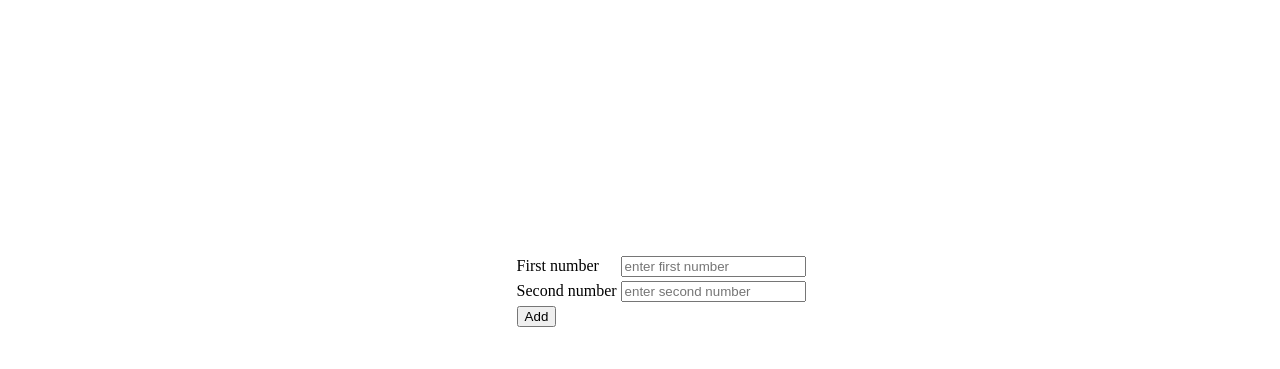
Repository: vima107/JDBC-CRUD-OPERATIONS
Page: addition/src/main/webapp/index.html
The author's editor kept a copy of each file at every save. The page is drawn from the files as they stood at one save, then again after the next save.
The browser window is 1280 px wide. The pictures show the whole page.

Above is the page before, as saved 2024-10-09 10:43:46.

### addition/src/main/webapp/index.html
<!DOCTYPE html>
<html>
<head>
<meta charset="UTF-8">
<title>Insert title here</title>
</head>
<body>

	<table style="margin-left:40%;margin-top:20%">
	<form action="/addition/Add">
		<tr>
			<td>First number</td>
			<td><input type="text" name="firstNumber" placeholder="enter first number"></td>
		</tr>
		<tr>
			<td>Second number</td>
			<td><input type="text" name="secondNumber" placeholder="enter second number"></td>
		</tr>
		<tr>
			<td><input type="submit" value="Add"></td>
		</tr>
	</form>
	</table>
</body>
</html>

After the next save:
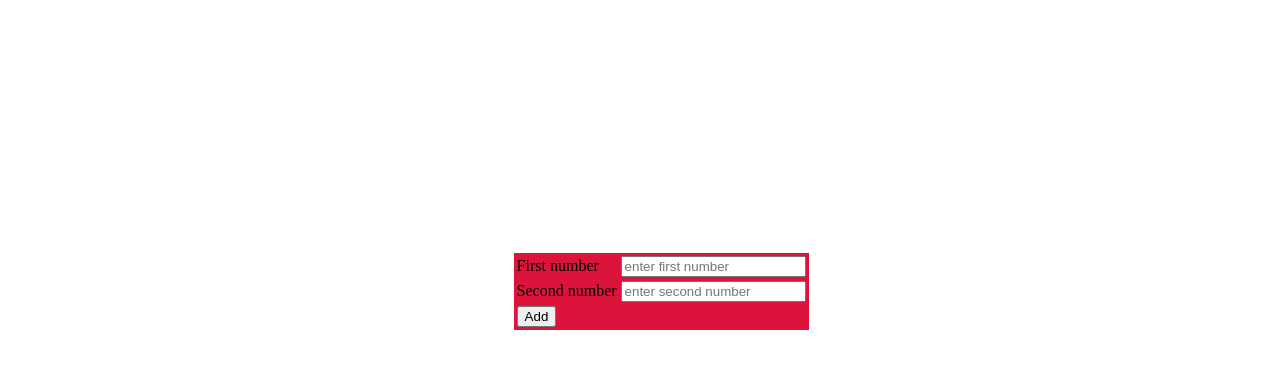
Saved 67 s later.
--- a/addition/src/main/webapp/index.html
+++ b/addition/src/main/webapp/index.html
@@ -6,7 +6,7 @@
 </head>
 <body>
 
-	<table style="margin-left:40%;margin-top:20%">
+	<table style="margin-left:40%;margin-top:20%;background-color:crimson">
 	<form action="/addition/Add">
 		<tr>
 			<td>First number</td>
